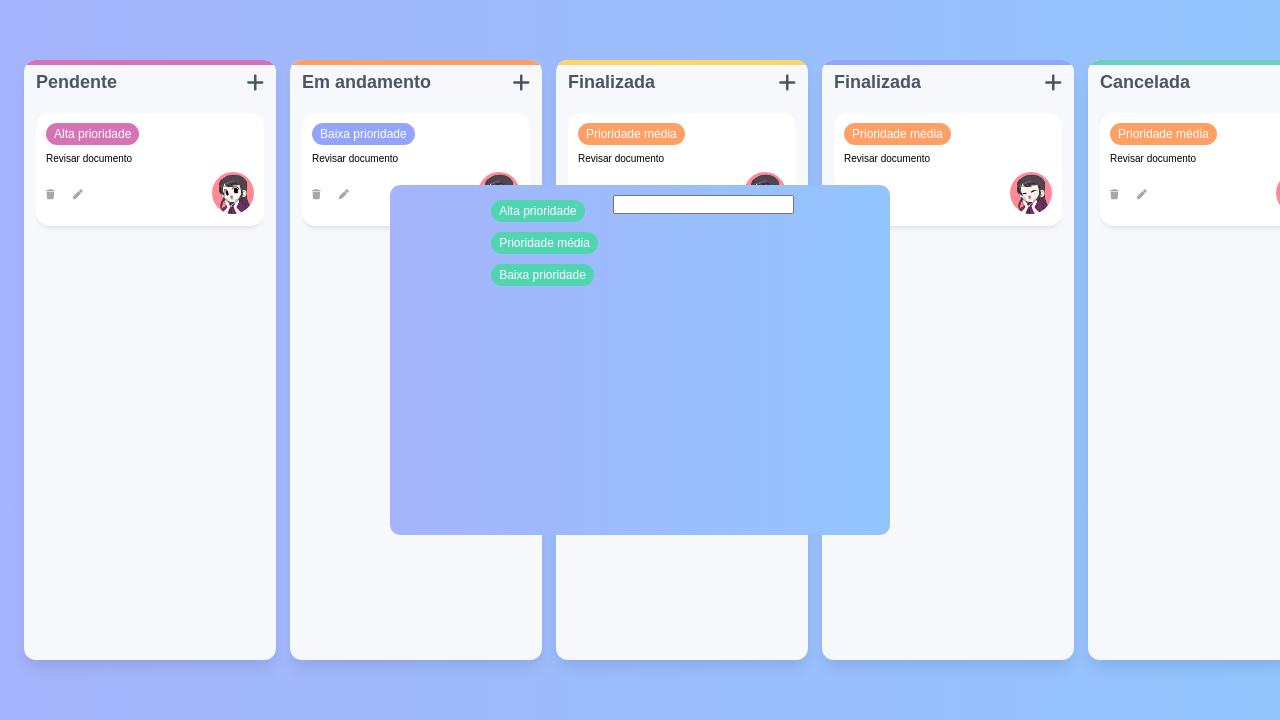
Repository: Marinalr-25/ProjetoToDoList
Page: index.html
An editor plug-in stored every save of this project. The page is shown before and after the next save, followed by the edit.
The browser window is 1280 px wide. The pictures show the whole page.
Some web fonts or font styles are not loaded; a fallback is used. Some web libraries are served in a nearby version.

Above is the page before, as saved 2024-10-31 18:16:07.

After the next save:
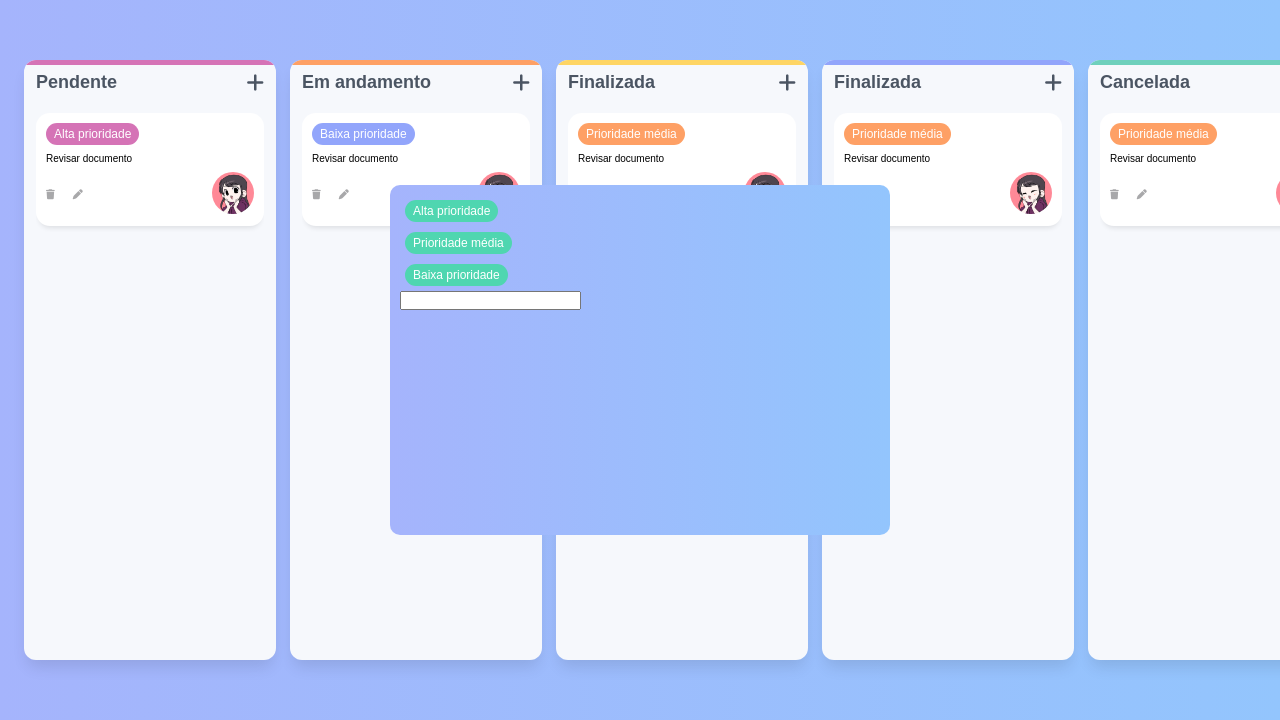
Saved 7 s later.
--- a/css/style.css
+++ b/css/style.css
@@ -165,10 +165,7 @@ body {
 }
 
 .adicionando {
-  display: flex;
   padding: 1rem;
-  gap: 1rem;
-  justify-content: center;
   position: fixed;
   top: 50%;
   left: 50%;
